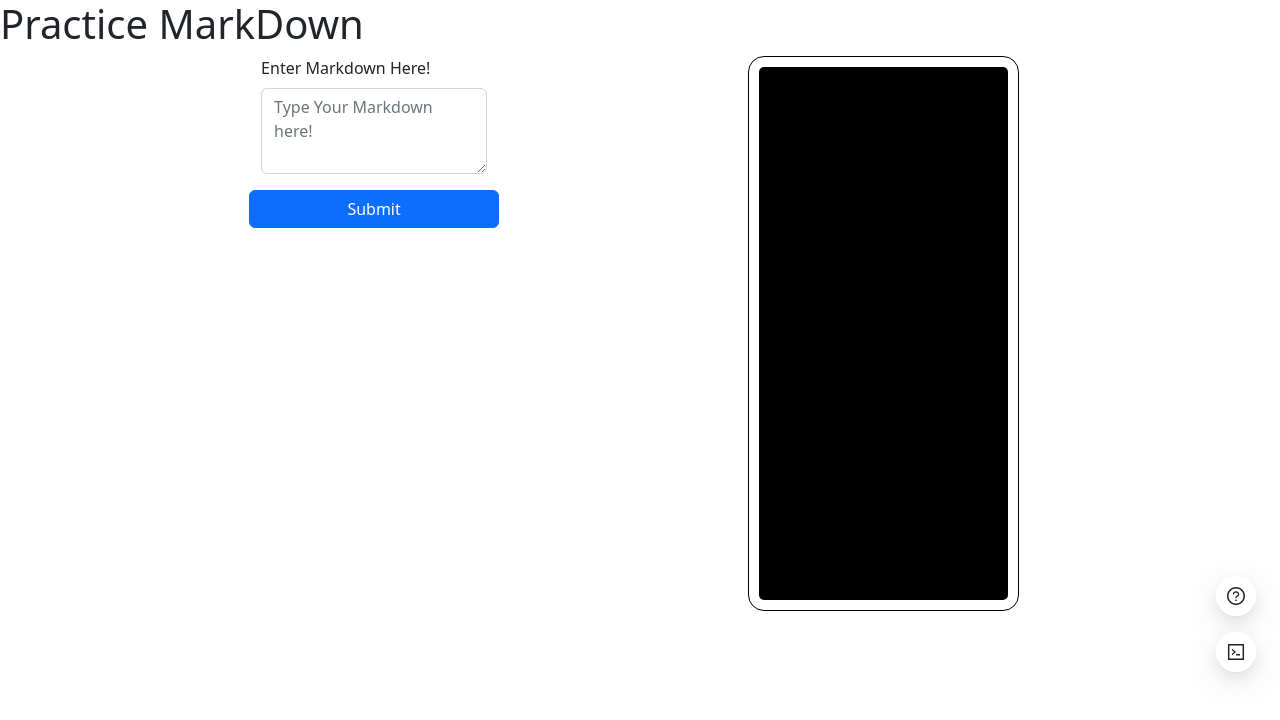
Repository: devkthines/md-editor
Page: /
These files come from the project's save history. The page is drawn as it stood at one moment and after a run of saves; the edit follows.
The browser window is 1280 px wide. The pictures show the whole page.
The project was rebuilt for these pictures with package versions that can differ from the ones it lists, and the page was loaded fresh each time. Also part of the build but not shown: src/pages/preview.js, src/components/navbar.js, src/pages/home.js.

Above is the page before, as saved 2023-12-06 21:37:41.

After the next 3 saves:
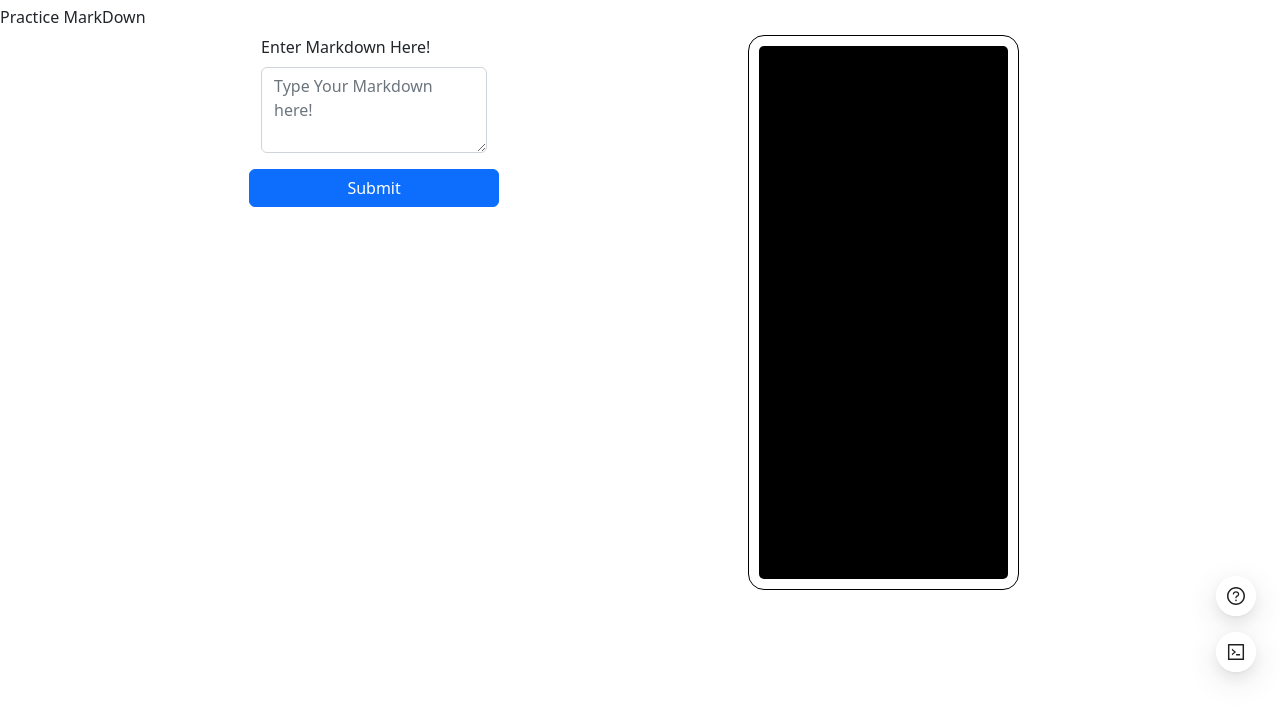
The 3 saves are shown as one change because they came seconds apart.
The last was saved 11 s later.
--- a/src/pages/editor.js
+++ b/src/pages/editor.js
@@ -67,9 +67,9 @@ export default function Editor() {
     }
 
     return (<>
+    <h1></h1>
 
-
-    <h1>Practice MarkDown</h1>
+    <h6>Practice MarkDown</h6>
         <div className='d-flex justify-content-evenly'>
             <App/>
             <Form>
